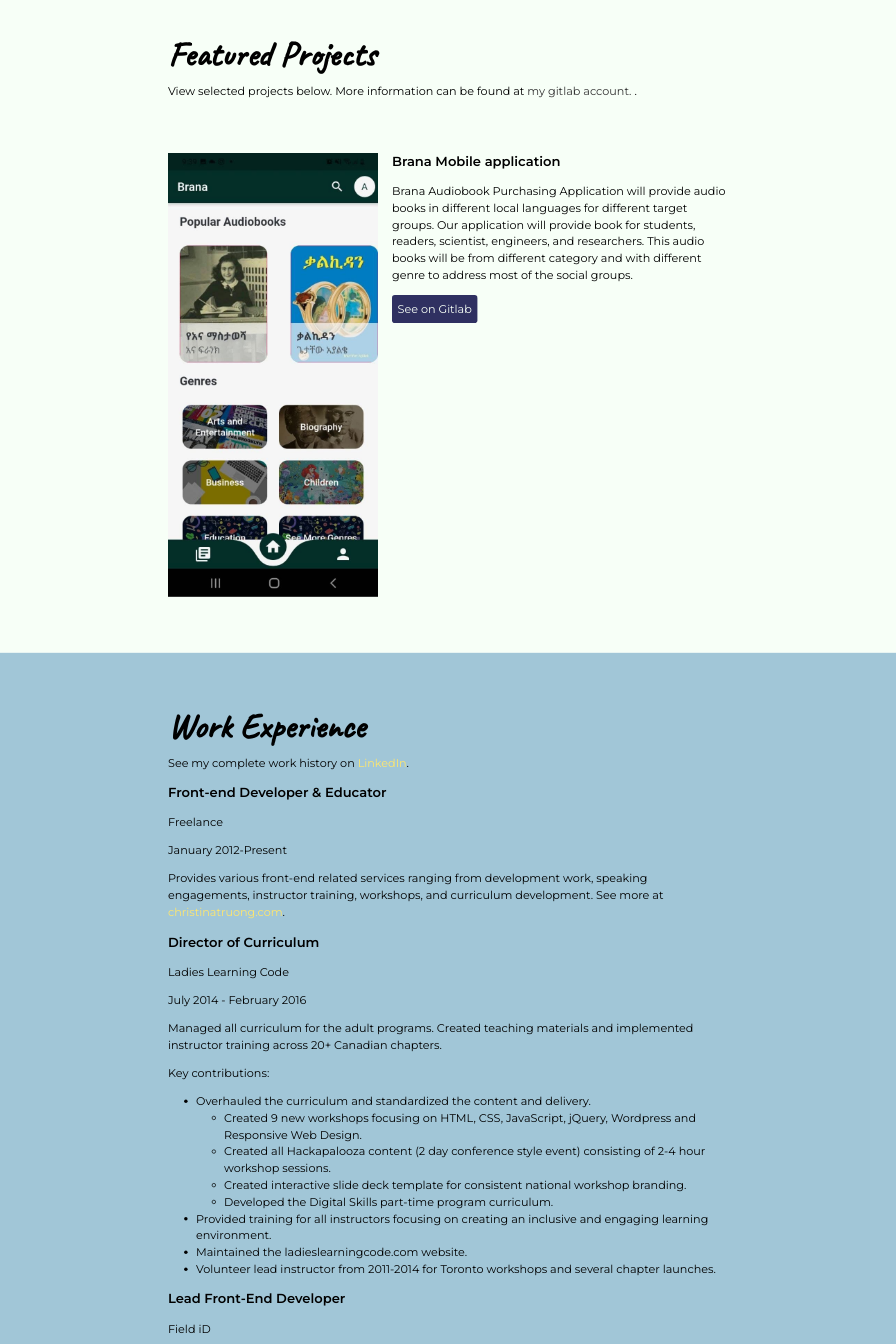
Repository: Aklilegetachew/my-Portfolio
Page: index.html
These files come from the project's save history. The page is drawn as it stood at one moment and after the next save; the edit follows.
The browser window is 1280 px wide. The pictures show the part of the page from y = 472 to 2392 px (the page is 3586 px tall before and 3593 px after), at 70% of full size.

Above is the page before, as saved 2021-11-23 16:59:04.

After the next save:
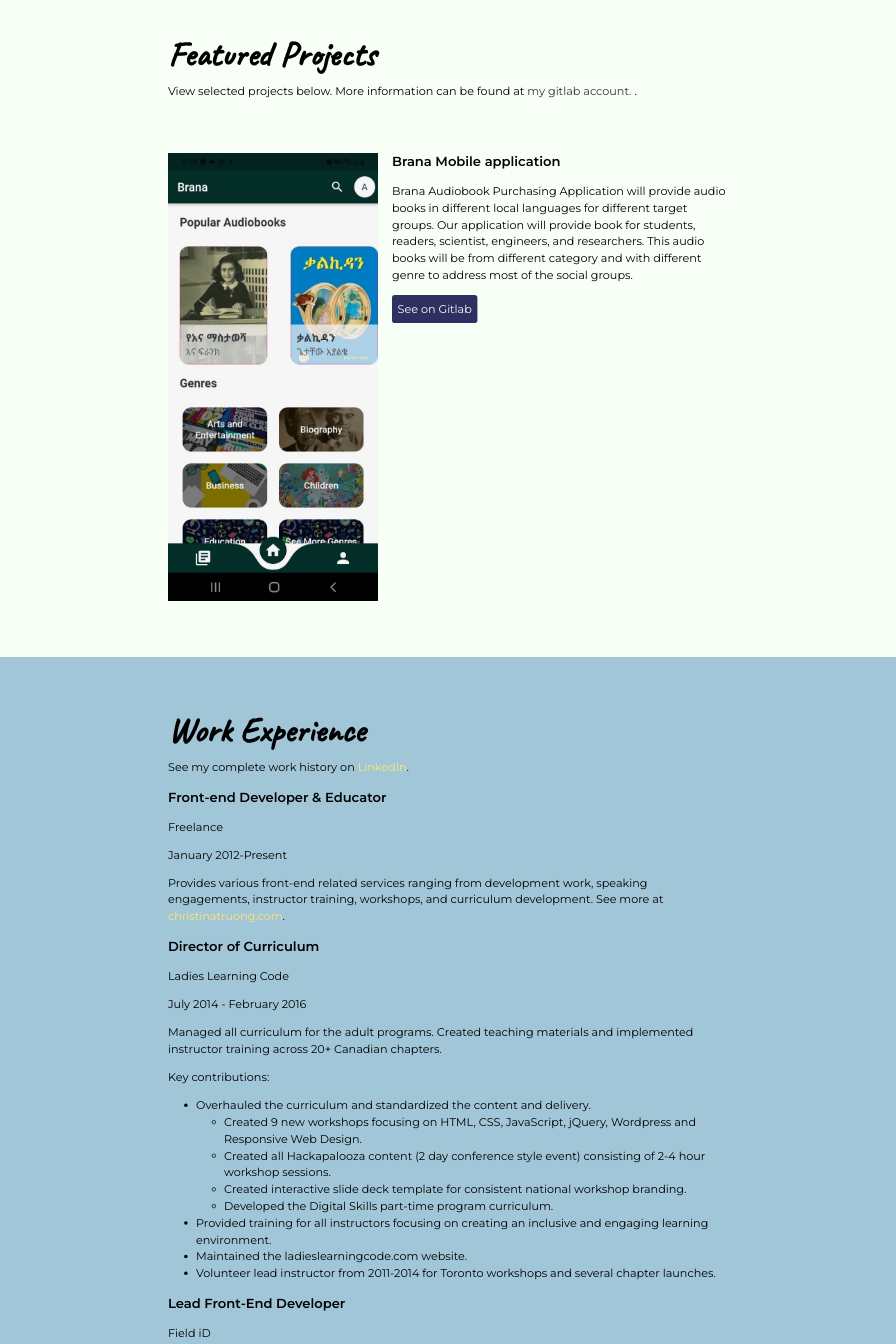
Saved 92 s later.
--- a/css/styles.css
+++ b/css/styles.css
@@ -12,6 +12,7 @@
 ======================================================*/
 img{
     width: 300px;
+    height: 640px;
 }
 a{
     color: #FFE66D ;
